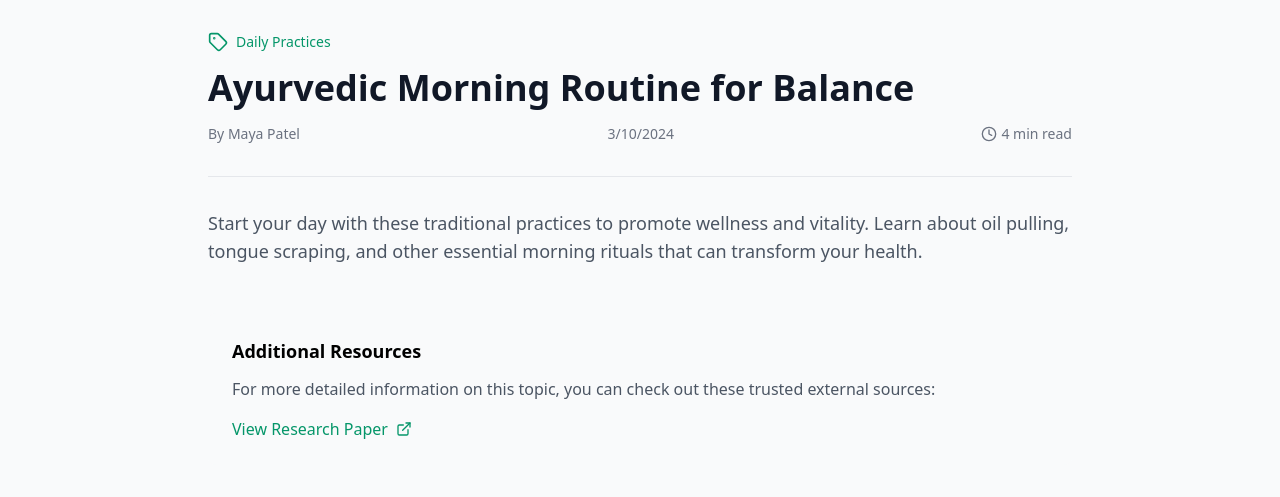
Repository: HridayAgg/AyurHealth
Page: /article/ayurvedic-morning-routine-for-balance
These files come from the project's save history. The page is drawn as it stood at one moment and after the next save; the edit follows.
The browser window is 1280 px wide. The pictures show the part of the page from y = 552 to 1086 px (the page is 1049 px tall before and 1086 px after).
Some web fonts or font styles are not loaded; a fallback is used. The project was rebuilt for these pictures with package versions that can differ from the ones it lists, and the page was loaded fresh each time. Also part of the build but not shown: vite.config.ts, src/components/Button.tsx, src/pages/Home.tsx, src/pages/Settings.tsx, src/pages/Recommendations.tsx, src/pages/GoogleFitAuth.tsx, src/pages/Chat.tsx.

Above is the page before, as saved 2025-03-16 00:11:05.

After the next save:
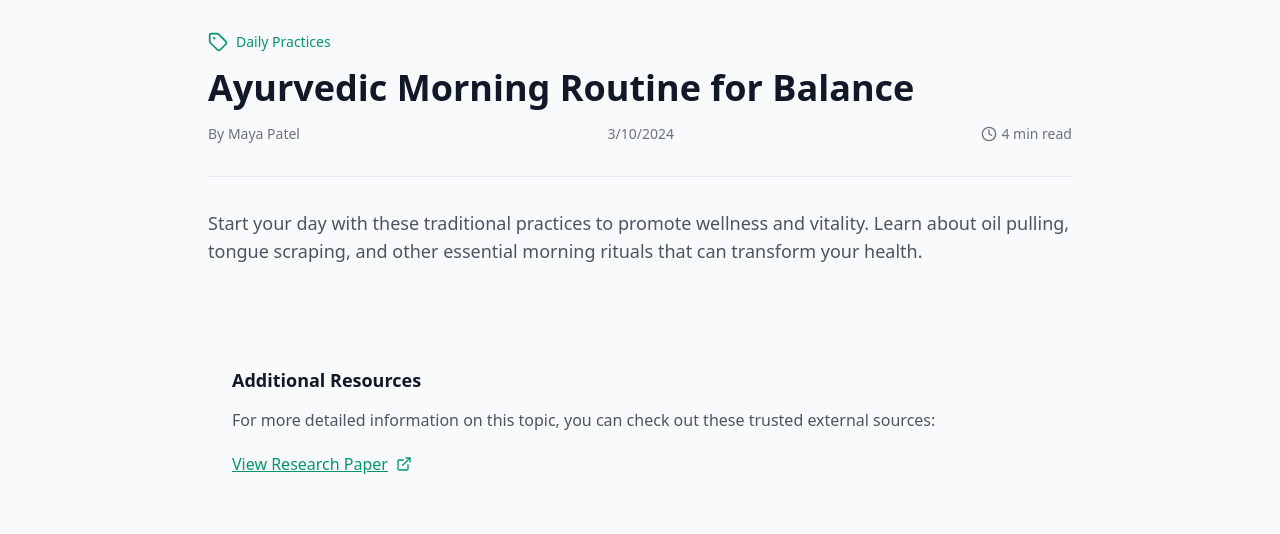
Saved 12 s later.
--- a/tailwind.config.js
+++ b/tailwind.config.js
@@ -1,6 +1,7 @@
 /** @type {import('tailwindcss').Config} */
 export default {
   content: ['./index.html', './src/**/*.{js,ts,jsx,tsx}'],
+  darkMode: 'class',
   theme: {
     extend: {
       fontFamily: {
@@ -8,5 +9,7 @@
       },
     },
   },
-  plugins: [],
+  plugins: [
+    require('@tailwindcss/typography'),
+  ],
 };
